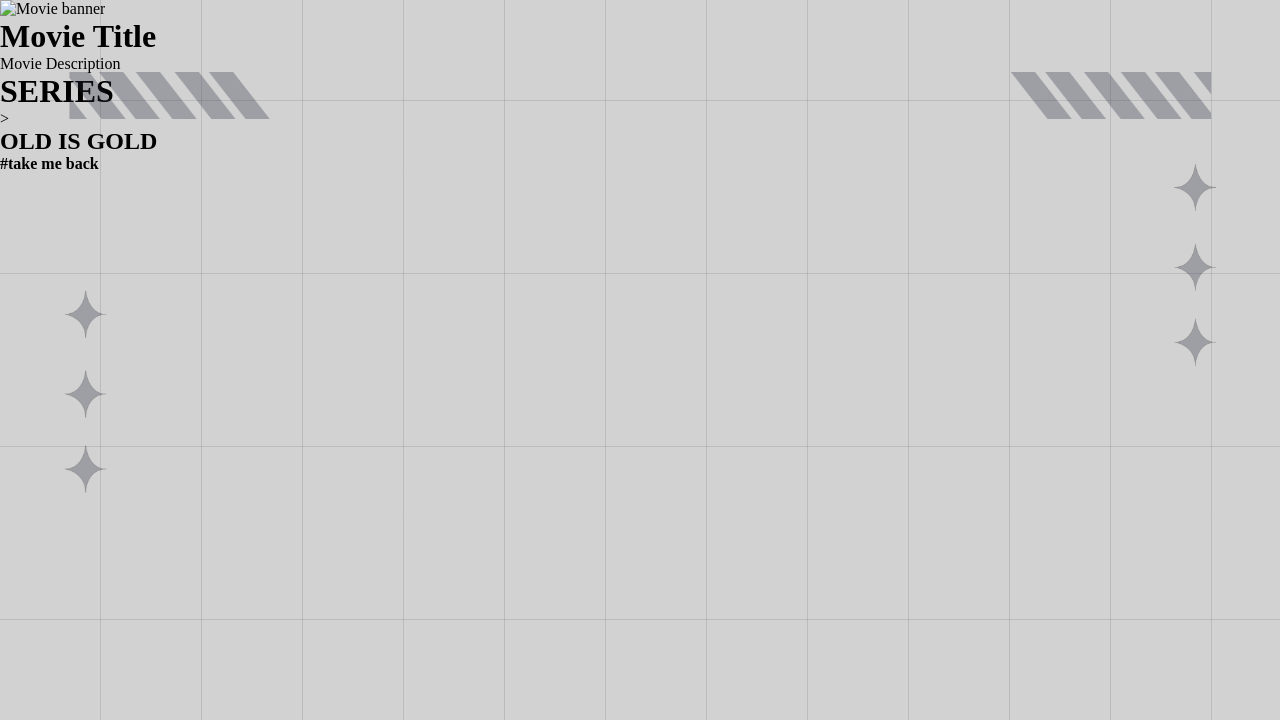
Repository: PEEZYBEE/phase-1-javascript-project-mode
Page: index.html
The author's editor kept a copy of each file at every save. The page is drawn from the files as they stood at one save, then again after the next save.
The browser window is 1280 px wide. The pictures show the whole page.
Some web fonts or font styles are not loaded; a fallback is used.

Above is the page before, as saved 2025-03-25 19:22:45.

### index.html
<!DOCTYPE html>
 <html lang="en">
 <head>
     <meta charset="UTF-8">
     <meta name="viewport" content="width=device-width, initial-scale=1.0">
     <title>Document</title>
     <style>

         *{
             margin: 0;
             padding: 0;
             box-sizing: border-box;
         }
         body{
             background-color: #D2D2D2;
             background-image:
             repeating-linear-gradient(
                 to right, transparent 0 100px,
                 #25283b22 100px 101px
             ),
             repeating-linear-gradient(
                 to bottom, transparent 0 100px,
                 #25283b22 100px 101px
             );
         }

         body::before{
             position: absolute;
             width: min(1400px, 90vw);
             top: 10%;
             left: 50%;
             height: 90%;
             transform: translateX(-50%);
             content: '';
             background-image: url(images/bg.png);
             background-size: 100%;
             background-repeat: no-repeat;
             background-position: top center;
             pointer-events: none;
         }
     </style>
     <link rel="stylesheet" href="style.css">
 </head>
 <body>

     <div class="container">
        <div id="movie details">
            <img id="banner" src="" alt="Movie banner">
            <h1 id="title">Movie Title</h1>
            <p id="description">Movie Description</p>


        </div>
         <!--<div class="slider" style="--quantity: 10">
             <div class="item" style="--position: 1"><img src="images/dragon.png" alt=""></div>
             <div class="item" style="--position: 3"><img src="images/kingdom.png" alt=""></div>
             <div class="item" style="--position: 4"><img src="images/sails.png" alt=""></div>
             <div class="item" style="--position: 5"><img src="images/thrones.png" alt=""></div>
             <div class="item" style="--position: 6"><img src="images/thrones2.png" alt=""></div>
             <div class="item" style="--position: 7"><img src="images/wall.png" alt=""></div>
             <div class="item" style="--position: 8"><img src="images/bone.png" alt=""></div>
             <div class="item" style="--position: 9"><img src="images/del.png" alt=""></div>
             <div class="item" style="--position: 10"><img src="images/witcher.png" alt=""></div>
             <div class="item" style="--position: 2"><img src="images/fall.png" alt=""></div>
       </div>-->
         <div class="content">
             <h1 data-content="SERIES">SERIES</h1>>

             <div class="author">
                 <h2>OLD IS GOLD</h2>
                 <p><b> #take me back</b></p>

             </div>
             <div class="model"></div>
         </div>
     </div>

 </body>
 </html>

### style.css
@import url('https://fonts.cdnfonts.com/css/ica-rubrik-black');
 @import url('https://fonts.cdnfonts.com/css/poppins');

 .banner{
     width: 100%;
     height: 100vh;
     text-align: center;
     overflow: hidden;
     position: relative;
 }
 .banner .slider{
     position: absolute;
     width: 200px;
     height: 250px;
     top: 10%;
     left: calc(50% - 100px);
     transform-style: preserve-3d;
     transform: perspective(1000px);
     animation: autoRun 20s linear infinite;
     z-index: 2;
 }
 @keyframes autoRun{
     from{
         transform: perspective(1000px) rotateX(-16deg) rotateY(0deg);
     }to{
         transform: perspective(1000px) rotateX(-16deg) rotateY(360deg);
     }
 }

 .banner .slider .item{
     position: absolute;
     inset: 0 0 0 0;
     transform:
         rotateY(calc( (var(--position) - 1) * (360 / var(--quantity)) * 1deg))
         translateZ(550px);
 }
 .banner .slider .item img{
     width: 100%;
     height: 100%;
     object-fit: cover;
 }
 .banner .content{
     position: absolute;
     bottom: 0;
     left: 50%;
     transform: translateX(-50%);
     width: min(1400px, 100vw);
     height: max-content;
     padding-bottom: 100px;
     display: flex;
     flex-wrap: wrap;
     justify-content: space-between;
     align-items: center;
     z-index: 1;
 }
 .banner .content h1{
     font-family: 'ICA Rubrik';
     font-size: 16em;
     line-height: 1em;
     color: #25283B;
     position: relative;
 }
 .banner .content h1::after{
     position: absolute;
     inset: 0 0 0 0;
     content: attr(data-content);
     z-index: 2;
     -webkit-text-stroke: 2px #d2d2d2;
     color: transparent;
 }
 .banner .content .author{
     font-family: Poppins;
     text-align: right;
     max-width: 200px;
 }
 .banner .content h2{
     font-size: 3em;
 }
 .banner .content .model{
     background-image: url(images/model.png);
     width: 100%;
     height: 75vh;
     position: absolute;
     bottom: 0;
     left: 0;
     background-size: auto 130%;
     background-repeat: no-repeat;
     background-position: top center;
     z-index: 1;
 }

After the next save:
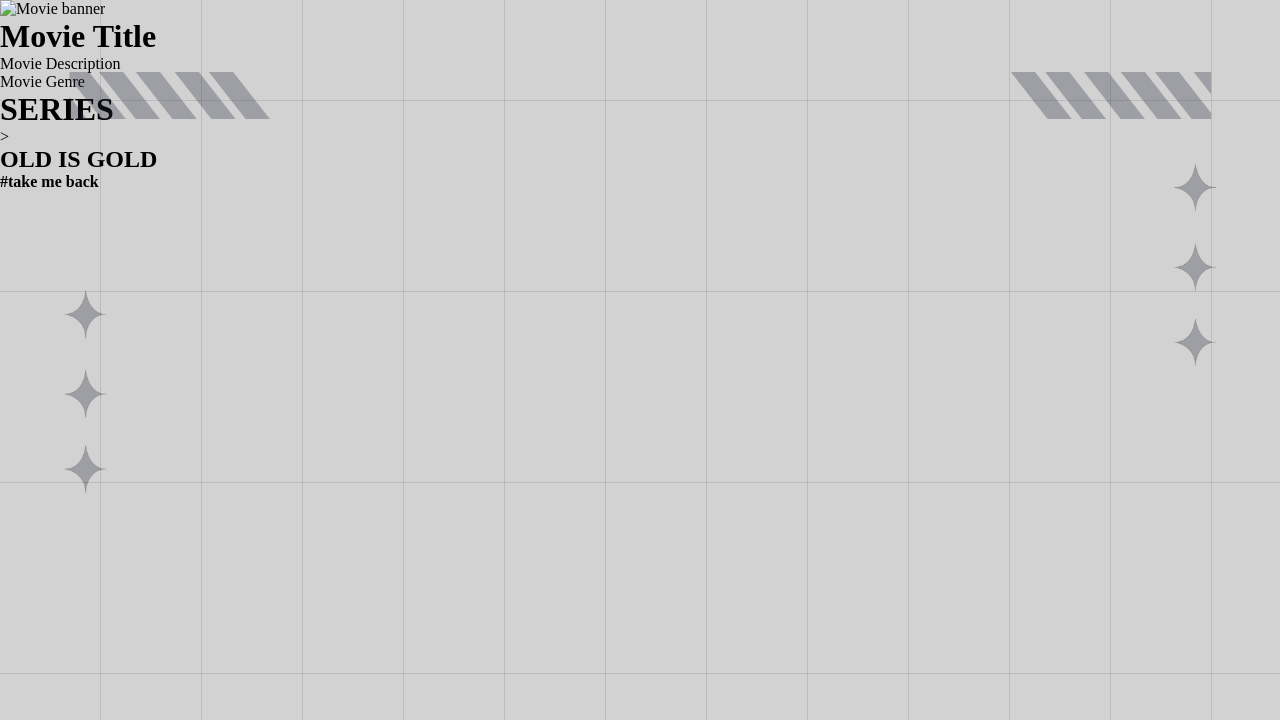
Saved 4 s later.
--- a/index.html
+++ b/index.html
@@ -48,7 +48,7 @@
             <img id="banner" src="" alt="Movie banner">
             <h1 id="title">Movie Title</h1>
             <p id="description">Movie Description</p>
-
+            <p id="genre">Movie Genre</p>
 
         </div>
          <!--<div class="slider" style="--quantity: 10">

After the save that followed:
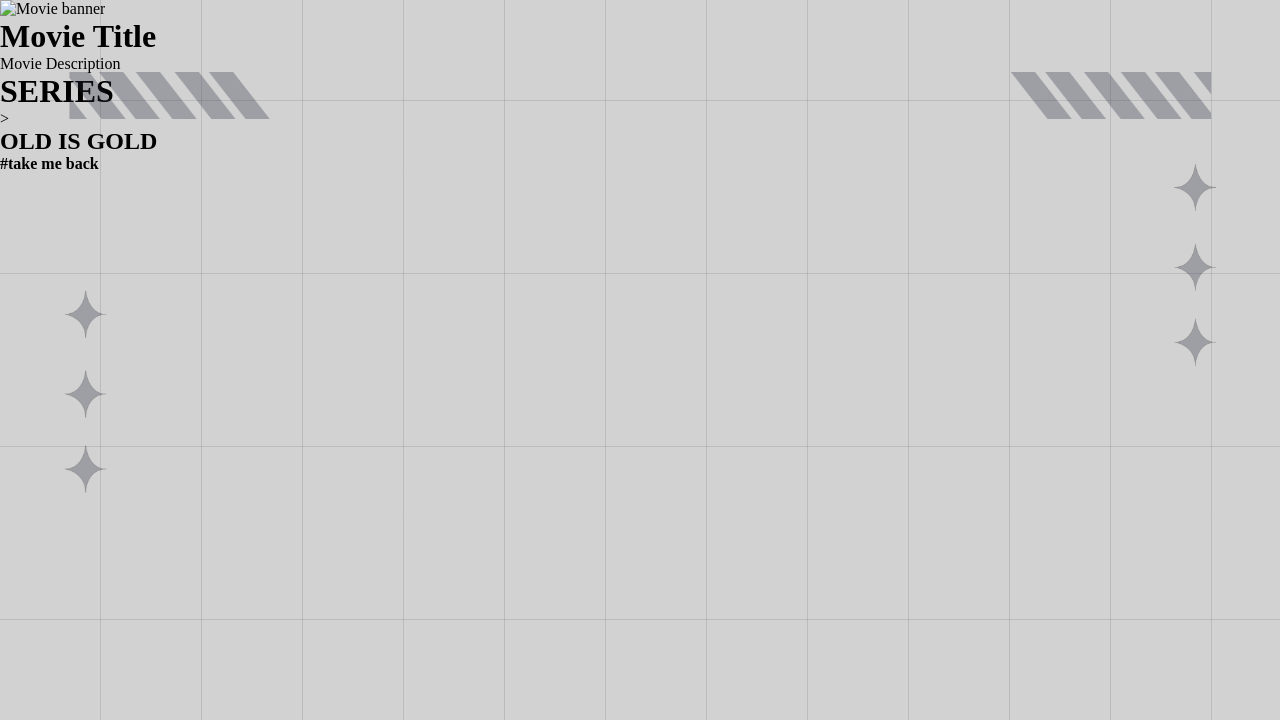
Saved 18 s later.
--- a/index.html
+++ b/index.html
@@ -48,7 +48,7 @@
             <img id="banner" src="" alt="Movie banner">
             <h1 id="title">Movie Title</h1>
             <p id="description">Movie Description</p>
-            <p id="genre">Movie Genre</p>
+
 
         </div>
          <!--<div class="slider" style="--quantity: 10">
